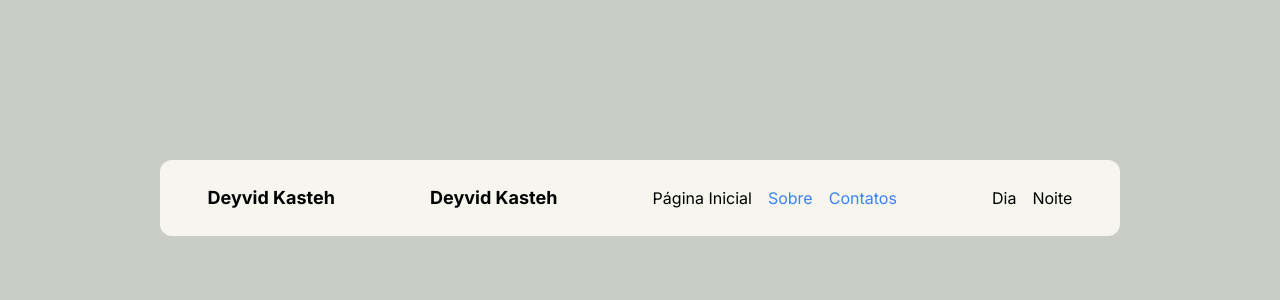
Repository: Deyvid-Kasteh/kasteh_portfolio
Page: /
These files come from the project's save history. The page is drawn as it stood at one moment and after the next save; the edit follows.
The browser window is 1280 px wide. The pictures show the whole page.
The project was rebuilt for these pictures with package versions that can differ from the ones it lists, and the page was loaded fresh each time. The framework's server and built-in components were replaced by stand-ins that run in the browser. Also part of the build but not shown: next.config.mjs.

Above is the page before, as saved 2024-03-24 02:53:17.

### src/app/layout.tsx
import type { Metadata } from "next";
import { Inter } from "next/font/google";
import "./globals.css";

const inter = Inter({ subsets: ["latin"] });

export const metadata: Metadata = {
  title: "Create Next App",
  description: "Generated by create next app",
};

export default function RootLayout({
  children,
}: Readonly<{
  children: React.ReactNode;
}>) {
  return (
    <html lang="pt-br">
      <body
        className={`bg-customGrayBG ${inter.className} p-4 sm:p-6 md:p-8 lg:p-10 xl:p-40`}
      >
        {children}
      </body>
    </html>
  );
}

### src/app/page.tsx
import Header from "./components/header";

export default function Home() {
  return (
    <>
      <Header />
      <main></main>
      <footer></footer>
    </>
    // <main className="bg-neutral-200 flex min-h-screen flex-col items-center justify-between p-24">

    // </main>
  );
}

### src/app/globals.css
@tailwind base;
@tailwind components;
@tailwind utilities;

:root {
  --foreground-rgb: 0, 0, 0;
  --background-start-rgb: 214, 219, 220;
  --background-end-rgb: 0, 0, 0;
}

/* @media (prefers-color-scheme: dark) {
  :root {
    --foreground-rgb: 255, 255, 255;
    --background-start-rgb: 0, 0, 0;
    --background-end-rgb: 0, 0, 0;
  }
} */

body {
  color: "#25282B"
  /* background: linear-gradient(
      to bottom,
      transparent,
      rgb(var(--background-end-rgb))
    )
    rgb(var(--background-start-rgb)); */
}



@layer utilities {
  .text-balance {
    text-wrap: balance;
  }
}

### src/app/components/header.tsx
import React from "react";

const Header: React.FC = () => {
  return (
    <header className="bg-customGrayComponents flex justify-around items-center py-6 rounded-xl">
      <div>
        <h1 className="text-lg font-bold">Deyvid Kasteh</h1>
      </div>
      <h1 className="text-lg font-bold">Deyvid Kasteh</h1>
      <nav>
        <ul className="flex space-x-4">
          <li>
            <a href="#">Página Inicial</a>
          </li>
          <li>
            <a
              href="#"
              className="text-blue-500 hover:text-blue-700 hover:bg-blue-500"
            >
              Sobre
            </a>
          </li>
          <li>
            <a href="#" className="text-blue-500 hover:text-blue-700">
              Contatos
            </a>
          </li>
        </ul>
      </nav>
      <div className="flex space-x-4">
        <p>Dia</p>
        <p>Noite</p>
      </div>
    </header>
  );
};

export default Header;

### tailwind.config.ts
import type { Config } from "tailwindcss";

const config: Config = {
  content: [
    "./src/pages/**/*.{js,ts,jsx,tsx,mdx}",
    "./src/components/**/*.{js,ts,jsx,tsx,mdx}",
    "./src/app/**/*.{js,ts,jsx,tsx,mdx}",
  ],
  theme: {
    extend: {
      backgroundImage: {
        "gradient-radial": "radial-gradient(var(--tw-gradient-stops))",
        "gradient-conic":
          "conic-gradient(from 180deg at 50% 50%, var(--tw-gradient-stops))",
      },
      colors: {
        customGrayBG: "#CACCC6", // Definindo o background color
        customGrayComponents: "#F6F6EF",
      },
    },
  },
  plugins: [],
};
export default config;

After the next save:
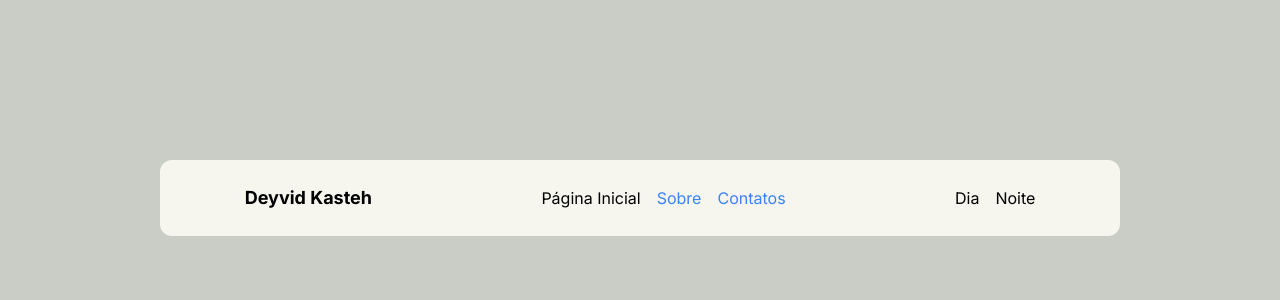
Saved 4 s later.
--- a/src/app/components/header.tsx
+++ b/src/app/components/header.tsx
@@ -6,7 +6,6 @@ const Header: React.FC = () => {
       <div>
         <h1 className="text-lg font-bold">Deyvid Kasteh</h1>
       </div>
-      <h1 className="text-lg font-bold">Deyvid Kasteh</h1>
       <nav>
         <ul className="flex space-x-4">
           <li>
